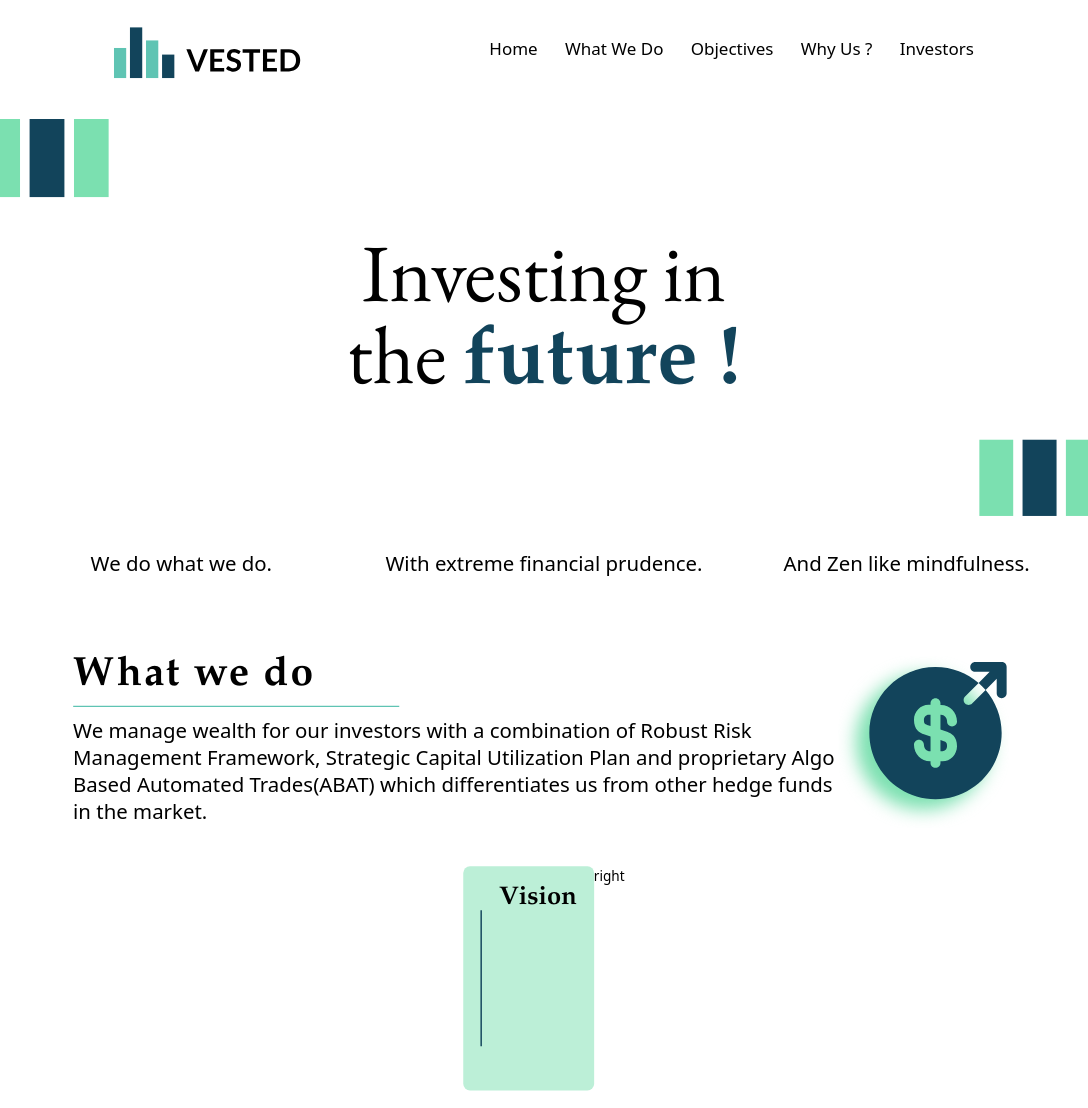
Repository: husainmamuwala/TippingPointsFinancial
Page: /
These files come from the project's save history. The page is drawn as it stood at one moment and after the next save; the edit follows.
The browser window is 1280 px wide. The pictures show the whole page, at 85% of full size.
The project was rebuilt for these pictures with package versions that can differ from the ones it lists, and the page was loaded fresh each time. The framework's server and built-in components were replaced by stand-ins that run in the browser. Also part of the build but not shown: next.config.js.

Above is the page before, as saved 2022-10-15 18:52:07.

### pages/_document.js
import Document, { Html, Head, Main, NextScript } from "next/document";

function MyDocument() {
  return (
    <Html>
      <Head>
      <link rel="preconnect" href="https://fonts.googleapis.com"/>
<link rel="preconnect" href="https://fonts.gstatic.com" crossorigin/>
<link href="https://fonts.googleapis.com/css2?family=EB+Garamond:ital,wght@0,400;0,600;1,500&display=swap" rel="stylesheet"></link>
      </Head>
      <body>
        <Main />
        <NextScript />
      </body>
    </Html>
  );
}

export default MyDocument;

### pages/index.js
import React from "react"
import Hero from "../components/Hero"
import Nav from "../components/Nav"
import Objectives from "../components/Objectives"
import Whatwedo from "../components/Whatwedo"


export default function Home() {
  return (

    <div className="h-screen">
      <Nav/>
      <section id="home">
        <Hero/>
      </section>
      <section id="whatwedo">
        <Whatwedo/>
      </section>
      <section id="objectives">
        <Objectives/>
      </section>
    </div>

  )
}

### styles/globals.css
@tailwind base;
@tailwind components;
@tailwind utilities;

@layer base{
    @font-face{
        font-family: "Garamond";
        src: url('/fonts/Garamond.woff2') format('woff2');
        font-family: 'Montserrat', sans-serif

    }

}

### components/Hero.jsx
import React from 'react'

const Hero = () => {
  return (
    <div className='flex flex-col py-6'>
      <div className='grid grid-flow-row'>
        <div className='justify-self-start self-start w-20 md:w-32 '>
          <svg className="" width="auto" height="auto" viewBox="0 0 125 90" fill="none" xmlns="http://www.w3.org/2000/svg">
            <rect x="-17" width="40" height="90" fill="#7BE0B0" />
            <rect x="34" width="40" height="90" fill="#12445B" />
            <rect x="85" width="40" height="90" fill="#7BE0B0" />
          </svg>
        </div>
        <div className='justify-self-center w-full py-5 md:py-10'>
          <span className=' text-6xl text-center lg:text-8xl font-garamond pt-5 pb-5'>
            <span className="block">Investing in</span>
            <span className="block">the <span className='text-[#12445B] font-semibold'>future !</span></span>
          </span>
        </div>
        <div className='justify-self-end self-end w-20 md:w-32'>
          <svg className='' width="auto" height="au" viewBox="0 0 128 90" fill="none" xmlns="http://www.w3.org/2000/svg">
            <rect width="40" height="90" fill="#7BE0B0" />
            <rect x="51" width="40" height="90" fill="#12445B" />
            <rect x="102" width="40" height="90" fill="#7BE0B0" />
          </svg>
        </div>
      </div>
      <div className='grid grid-row-3 md:grid-cols-3 justify-evenly text-center
        text-xl font-Montserrat md:text-2xl md:py-10'>
        <div>
          <span>We do what we do.</span>
        </div>
        <div>
          <span>With extreme financial prudence.</span>
        </div>
        <div>
          <span>And Zen like mindfulness.</span>
        </div>
      </div>
    </div>
  )
}

export default Hero

### components/Nav.jsx
import Link from 'next/link';
import React, { useState } from 'react'
import { FiMenu } from 'react-icons/fi';
import {AiOutlineClose} from 'react-icons/ai'

const Nav = () => {
    const Links=[
        {name:"Home",link:"/"},
        {name:"What We Do",link:"#whatwedo"},
        {name:"Objectives",link:"#objectives"},
        {name:"Why Us ?",link:"#whyus"},
        {name:"Investors",link:"/investors"},
    ];
    const [open,setOpen] = useState(false);
  return (
    <div className='w-full relative top-0 font-Montserrat font-[400] bg-white'>
        <div className='sticky lg:flex py-4 lg:px-10 items-center lg:justify-around'>
            <div className='mt-2 scale-75 md:scale-100'>
                <svg width="221" height="60" viewBox="0 0 221 60" fill="none" xmlns="http://www.w3.org/2000/svg">
                <path d="M110.63 25.972L100.118 52H95.7437L85.2317 25.972H89.1197C89.5397 25.972 89.8817 26.074 90.1457 26.278C90.4097 26.482 90.6077 26.746 90.7397 27.07L96.8777 42.946C97.0817 43.462 97.2737 44.032 97.4537 44.656C97.6457 45.268 97.8257 45.91 97.9937 46.582C98.1377 45.91 98.2937 45.268 98.4617 44.656C98.6297 44.032 98.8157 43.462 99.0197 42.946L105.122 27.07C105.218 26.794 105.404 26.542 105.68 26.314C105.968 26.086 106.316 25.972 106.724 25.972H110.63ZM118.184 29.824V37.042H127.292V40.768H118.184V48.13H129.74V52H113.324V25.972H129.74V29.824H118.184ZM147.891 30.706C147.747 30.958 147.591 31.144 147.423 31.264C147.267 31.372 147.069 31.426 146.829 31.426C146.577 31.426 146.301 31.336 146.001 31.156C145.713 30.964 145.365 30.754 144.957 30.526C144.549 30.298 144.069 30.094 143.517 29.914C142.977 29.722 142.335 29.626 141.591 29.626C140.919 29.626 140.331 29.71 139.827 29.878C139.323 30.034 138.897 30.256 138.549 30.544C138.213 30.832 137.961 31.18 137.793 31.588C137.625 31.984 137.541 32.422 137.541 32.902C137.541 33.514 137.709 34.024 138.045 34.432C138.393 34.84 138.849 35.188 139.413 35.476C139.977 35.764 140.619 36.022 141.339 36.25C142.059 36.478 142.797 36.724 143.553 36.988C144.309 37.24 145.047 37.54 145.767 37.888C146.487 38.224 147.129 38.656 147.693 39.184C148.257 39.7 148.707 40.336 149.043 41.092C149.391 41.848 149.565 42.766 149.565 43.846C149.565 45.022 149.361 46.126 148.953 47.158C148.557 48.178 147.969 49.072 147.189 49.84C146.421 50.596 145.479 51.196 144.363 51.64C143.247 52.072 141.969 52.288 140.529 52.288C139.701 52.288 138.885 52.204 138.081 52.036C137.277 51.88 136.503 51.652 135.759 51.352C135.027 51.052 134.337 50.692 133.689 50.272C133.041 49.852 132.465 49.384 131.961 48.868L133.383 46.546C133.503 46.378 133.659 46.24 133.851 46.132C134.043 46.012 134.247 45.952 134.463 45.952C134.763 45.952 135.087 46.078 135.435 46.33C135.783 46.57 136.197 46.84 136.677 47.14C137.157 47.44 137.715 47.716 138.351 47.968C138.999 48.208 139.773 48.328 140.673 48.328C142.053 48.328 143.121 48.004 143.877 47.356C144.633 46.696 145.011 45.754 145.011 44.53C145.011 43.846 144.837 43.288 144.489 42.856C144.153 42.424 143.703 42.064 143.139 41.776C142.575 41.476 141.933 41.224 141.213 41.02C140.493 40.816 139.761 40.594 139.017 40.354C138.273 40.114 137.541 39.826 136.821 39.49C136.101 39.154 135.459 38.716 134.895 38.176C134.331 37.636 133.875 36.964 133.527 36.16C133.191 35.344 133.023 34.342 133.023 33.154C133.023 32.206 133.209 31.282 133.581 30.382C133.965 29.482 134.517 28.684 135.237 27.988C135.957 27.292 136.845 26.734 137.901 26.314C138.957 25.894 140.169 25.684 141.537 25.684C143.073 25.684 144.489 25.924 145.785 26.404C147.081 26.884 148.185 27.556 149.097 28.42L147.891 30.706ZM171.969 29.95H164.121V52H159.279V29.95H151.431V25.972H171.969V29.95ZM180.235 29.824V37.042H189.343V40.768H180.235V48.13H191.791V52H175.375V25.972H191.791V29.824H180.235ZM219.194 38.986C219.194 40.894 218.876 42.646 218.24 44.242C217.604 45.838 216.71 47.212 215.558 48.364C214.406 49.516 213.02 50.41 211.4 51.046C209.78 51.682 207.98 52 206 52H196.082V25.972H206C207.98 25.972 209.78 26.296 211.4 26.944C213.02 27.58 214.406 28.474 215.558 29.626C216.71 30.766 217.604 32.134 218.24 33.73C218.876 35.326 219.194 37.078 219.194 38.986ZM214.226 38.986C214.226 37.558 214.034 36.28 213.65 35.152C213.278 34.012 212.732 33.052 212.012 32.272C211.304 31.48 210.44 30.874 209.42 30.454C208.412 30.034 207.272 29.824 206 29.824H200.942V48.148H206C207.272 48.148 208.412 47.938 209.42 47.518C210.44 47.098 211.304 46.498 212.012 45.718C212.732 44.926 213.278 43.966 213.65 42.838C214.034 41.698 214.226 40.414 214.226 38.986Z" fill="black"/>
                <rect y="24.4445" width="14.4444" height="35.5556" fill="#5FC4B3"/>
                <rect x="18.8889" width="14.4444" height="60" fill="#12445B"/>
                <rect x="37.7778" y="15.5555" width="14.4444" height="44.4444" fill="#5FC4B3"/>
                <rect x="56.6667" y="32.2222" width="14.4444" height="27.7778" fill="#12445B"/>
                </svg>

            </div>
            <div onClick={()=>setOpen(!open)}
                 className='text-3xl absolute right-8 top-11 pr-8 cursor-pointer lg:hidden'>
                    {!open ? <FiMenu size={40}/> : <AiOutlineClose size={40}/>}
            </div>

            <ul className={`lg:flex lg:flex-row lg:items-center font-Montserrat pb-12 lg:pb-0
            absolute lg:static bg-white lg:z-auto z-[-1] w-full left-0  lg:pl-0 pl-9 lg:w-auto
            transition-all duration-500 ease-in
            ${open ? "flex-col" : "hidden"}`}>
                {
                    Links.map((link)=>(
                        <li onClick={() => setOpen(false)} key={link.link} className="md:ml-8 text-xl my-7 hover:text-[#5FC4B3]
                         relative transition-all hover:top-1">
                            <Link href={link.link}
                            className="font-Monteserrat">
                                {link.name}
                            </Link>
                        </li>
                    ))
                }
            </ul>
        </div>
    </div>
  )
}

export default Nav

### components/Objectives.jsx
import React from 'react'

const Objectives = () => {
  const Data = [
    {title:"Vision",desc:"To become the largest algo based hedge fund Globally"},
  ];
  return (
    <div className='flex flex-col md:flex-row justify-center py-5 px-10 md:px-0'>
        <div className=''>
          <div className='relative w-full bg-[#7BE0B0] bg-opacity-50 rounded-lg p-5 flex flex-row '>
              <div className='pr-5 h-28 lg:h-56'>
                  <svg width="2" height="auto" viewBox="0 0 2 160" fill="none" xmlns="http://www.w3.org/2000/svg">
                  <line x1="1" y1="4.37114e-08" x2="0.999993" y2="160" stroke="#12445B" stroke-width="2"/>
                  </svg>
              </div>
              {
                Data.map((data)=>(
              <div>
                <h1 className='text-3xl font-semibold font-garamond'>Vision</h1>
                <p className='font-montserrat text-xl'> </p>
              </div>
                ))}
          </div>

        </div>
          <div>
              right
          </div>

    </div>
  )
}

export default Objectives

### components/Whatwedo.tsx
import React from 'react'


const whatwedo = () => {
    return (
        <div className='py-5 px-10 flex md:flex-row flex-col justify-center'>
            <div className='md:w-3/4'>
                <div>
                    <h4 className='text-3xl md:text-5xl font-garamond font-semibold py-2 tracking-wider'>
                        What we do
                    </h4>

                    <svg className="lg:w-96 lg:h-2" width="auto" height="2" viewBox="0 0 589 2" fill="none" xmlns="http://www.w3.org/2000/svg">
                        <line y1="1" x2="589" y2="1" stroke="#5FC4B3" strokeWidth="2" />
                    </svg>

                    <p className='py-2 text-xl md:text-2xl'>
                        We manage wealth for our investors with a combination of Robust Risk Management Framework,
                        Strategic Capital Utilization Plan and proprietary Algo Based Automated Trades(ABAT)
                        which differentiates us from other hedge funds in the market.
                    </p>
                </div>
            </div>
            <div className='w-52 hidden md:block lg:self-center'>
                <svg width="auto" height="auto" viewBox="0 0 226 223" fill="none" xmlns="http://www.w3.org/2000/svg">
                    <g filter="url(#filter0_f_6_45)">
                        <circle cx="109.027" cy="113.259" r="86.0274" fill="#7BE0B0" />
                    </g>
                    <path d="M109.698 84.8371C109.698 89.4046 110.967 90.0812 113.843 91.0962L118.156 92.6187V78.2396H115.619C112.405 78.2396 109.698 81.2 109.698 84.8371ZM130.844 124.76H133.381C136.68 124.76 139.302 121.8 139.302 118.163C139.302 113.595 138.033 112.919 135.158 111.904L130.844 110.381V124.76Z" fill="#12445B" />
                    <path d="M188.614 46.3517L171.275 63.6913C170.006 64.96 168.399 65.5521 166.792 65.5521C165.185 65.5521 163.578 64.96 162.309 63.6913C161.129 62.4975 160.467 60.8867 160.467 59.2083C160.467 57.53 161.129 55.9192 162.309 54.7254L179.648 37.3858C164.762 24.6983 145.561 16.9167 124.5 16.9167C77.81 16.9167 39.9167 54.81 39.9167 101.5C39.9167 148.19 77.81 186.083 124.5 186.083C171.19 186.083 209.083 148.19 209.083 101.5C209.083 80.4388 201.302 61.2383 188.614 46.3517ZM139.302 99.9775C144.715 101.923 151.99 105.814 151.99 118.248C151.99 128.82 143.616 137.533 133.381 137.533H130.844V139.647C130.844 143.115 127.968 145.991 124.5 145.991C121.032 145.991 118.156 143.115 118.156 139.647V137.533H117.48C106.23 137.533 97.0104 128.059 97.0104 116.387C97.0104 112.834 99.8863 109.958 103.354 109.958C106.822 109.958 109.698 112.834 109.698 116.302C109.698 120.954 113.166 124.76 117.48 124.76H118.156V105.983L109.698 103.023C104.285 101.077 97.0104 97.1863 97.0104 84.7525C97.0104 74.1796 105.384 65.4675 115.619 65.4675H118.156V63.4375C118.156 59.9696 121.032 57.0938 124.5 57.0938C127.968 57.0938 130.844 59.9696 130.844 63.4375V65.5521H131.52C142.77 65.5521 151.99 75.0254 151.99 86.6979C151.99 90.1658 149.114 93.0417 145.646 93.0417C142.178 93.0417 139.302 90.1658 139.302 86.6979C139.302 82.0458 135.834 78.2396 131.52 78.2396H130.844V97.0171L139.302 99.9775ZM214.92 14.4638C214.251 12.9061 213.009 11.6647 211.452 10.9958C210.691 10.7256 209.891 10.5827 209.083 10.5729H175.25C171.782 10.5729 168.906 13.4488 168.906 16.9167C168.906 20.3846 171.782 23.2604 175.25 23.2604H193.774L179.648 37.3858C182.863 40.1771 185.823 43.1375 188.614 46.3517L202.74 32.2263V50.75C202.74 54.2179 205.615 57.0938 209.083 57.0938C212.551 57.0938 215.427 54.2179 215.427 50.75V16.9167C215.427 16.0708 215.258 15.3096 214.92 14.4638Z" fill="#12445B" />
                    <defs>
                        <filter id="filter0_f_6_45" x="0" y="4.2317" width="218.055" height="218.055" filterUnits="userSpaceOnUse" colorInterpolationFilters="sRGB">
                            <feFlood floodOpacity="0" result="BackgroundImageFix" />
                            <feBlend mode="normal" in="SourceGraphic" in2="BackgroundImageFix" result="shape" />
                            <feGaussianBlur stdDeviation="11.5" result="effect1_foregroundBlur_6_45" />
                        </filter>
                    </defs>
                </svg>
            </div>
        </div>
    )
}

export default whatwedo

### tailwind.config.js
/** @type {import('tailwindcss').Config} */
module.exports = {
  content: [
    "./pages/**/*.{js,ts,jsx,tsx}",
    "./components/**/*.{js,ts,jsx,tsx}",
  ],
  theme: {
    extend: {
      fontFamily: {
        garamond:'Garamond'
      }
    },
  },
  plugins: [],
}

Loaded but not shown: pages/_app.js (common file)

After the next save:
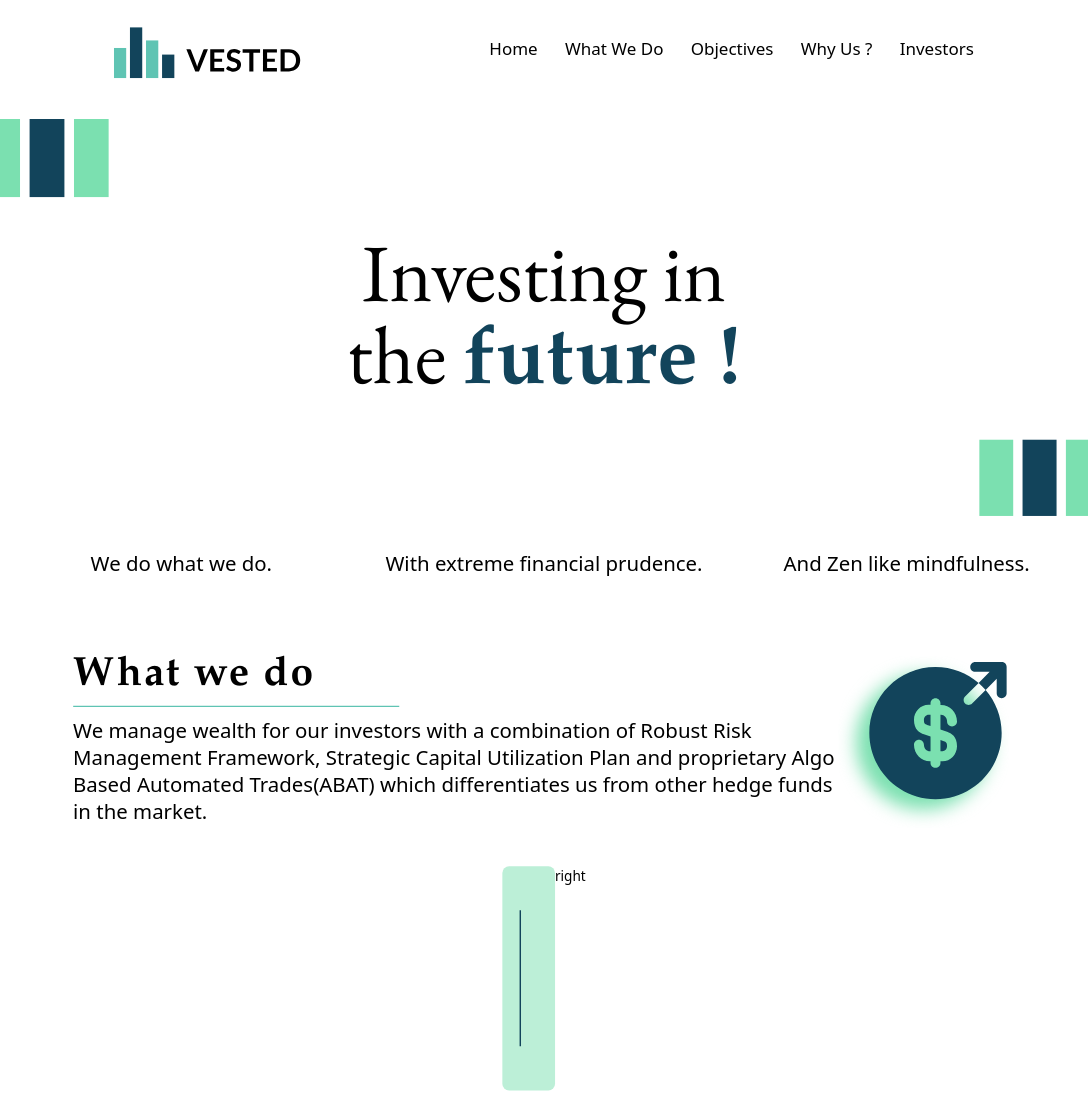
Saved 6 s later.
--- a/components/Objectives.jsx
+++ b/components/Objectives.jsx
@@ -16,7 +16,7 @@
               {
                 Data.map((data)=>(
               <div>
-                <h1 className='text-3xl font-semibold font-garamond'>Vision</h1>
+                <h1 className='text-3xl font-semibold font-garamond'>{}</h1>
                 <p className='font-montserrat text-xl'> </p>
               </div>
                 ))}
